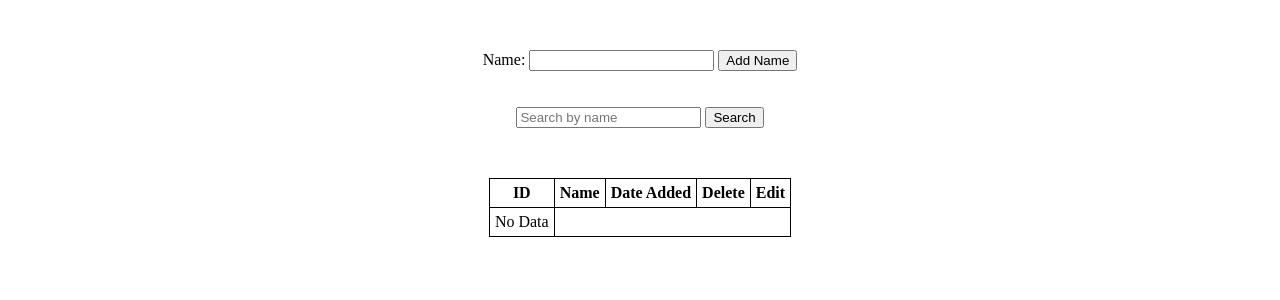
Repository: Theracon/Simple-mysql-node-app
Page: client/index.html
These files come from the project's save history. The page is drawn as it stood at one moment and after the next save; the edit follows.
The browser window is 1280 px wide. The pictures show the whole page.

Above is the page before, as saved 2021-06-04 09:22:01.

After the next save:
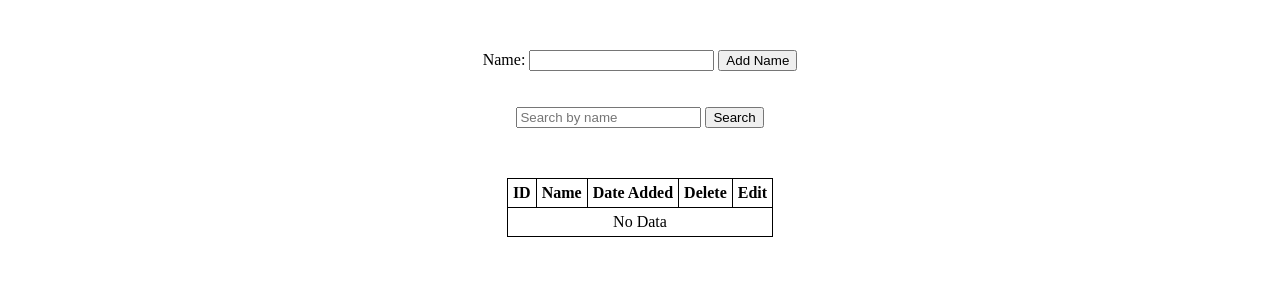
Saved 5 s later.
--- a/client/app.js
+++ b/client/app.js
@@ -7,6 +7,6 @@ function loadHTMLTable(data) {
     let tableHTML = '';
 
     if (data.length === 0) {
-        table.innerHTML = "<tr><td class='no-data' columnSpan='5'>No Data</td></tr>";
+        table.innerHTML = "<tr><td class='no-data' colspan='5'>No Data</td></tr>";
     }
 }
